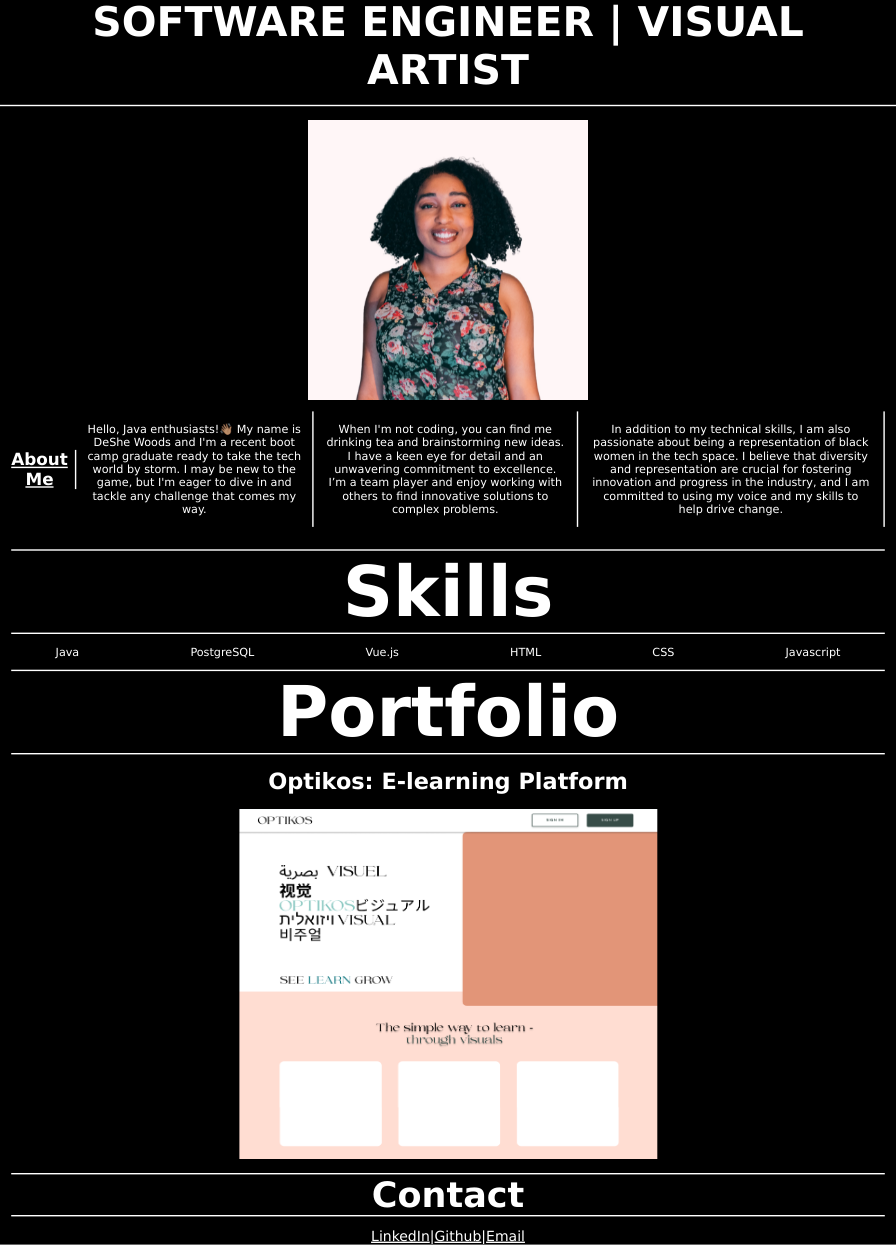
Repository: woodsdeshe/portfolio
Page: index.html
The author's editor kept a copy of each file at every save. The page is drawn from the files as they stood at one save, then again after the next save.
The browser window is 1280 px wide. The pictures show the part of the page from y = 664 to 2518 px (the page is 2442 px tall before and 2518 px after), at 70% of full size.
A picture or video elsewhere on the page could not be fetched, so the positions and the page height are approximate. Some web fonts or font styles are not loaded; a fallback is used.

Above is the page before, as saved 2023-06-11 12:32:59.

### index.html
<!DOCTYPE html>
<html lang="en">
<head>
    <meta charset="UTF-8">
    <meta http-equiv="X-UA-Compatible" content="IE=edge">
    <meta name="viewport" content="width=device-width, initial-scale=1.0">
    <title>DeShe Woods | Software Engineer</title>
    <link rel="stylesheet" href="style.css">
    <link rel="stylesheet" href="https://cdnjs.cloudflare.com/ajax/libs/aos/2.3.4/aos.css" />
</head>
<body>
    <div class="container">
        <video autoplay muted loop>
            <source src="pexels-crazy-motions-11738195-1920x1080-24fps.mp4" type="video/mp4">
        </video>
        <div class="header">
            <h1>DESHE WOODS</h1>
        </div>
    </div>
    <div class="subheader">
        <h3>SOFTWARE ENGINEER | VISUAL ARTIST</h3>
    </div>
    <div class="headshot" data-aos="fade-up">
        <img src="Headshot.jpg" alt="Picture of DeShe Woods">
    </div>
    <div class="about-me" data-aos="fade-up">
        <h2>About Me</h2>
        <p>Hello, Java enthusiasts!👋🏽 My name is DeShe Woods and I'm a recent boot camp graduate ready to take the tech world by storm. I may be new to the game, but I'm eager to dive in and tackle any challenge that comes my way.</p>
        <p>When I'm not coding, you can find me drinking tea and brainstorming new ideas. I have a keen eye for detail and an unwavering commitment to excellence. I’m a team player and enjoy working with others to find innovative solutions to complex problems.</p>
        <p>In addition to my technical skills, I am also passionate about being a representation of black women in the tech space. I believe that diversity and representation are crucial for fostering innovation and progress in the industry, and I am committed to using my voice and my skills to help drive change.</p>
    </div>

    <div class="skills-header">
        <h1>Skills</h1>
    </div>
    <div class="skills-content" data-aos="fade-up">
        <p class="java">Java</p>
        <p class="postgresql">PostgreSQL</p>
        <p class="Vue-js">Vue.js</p>
        <p class="html">HTML</p>
        <p class="css">CSS</p>
        <p class="javascript">Javascript</p>
    </div>
    <div class="portfolio-header">
        <h1>Portfolio</h1>
    </div>
    <div class="optikos" data-aos="fade-up">
        <h1>Optikos: E-learning Platform</h1>
        <img src="Screenshot (6).png" alt="Screenshot of Optikos home page">
    </div>
    <div class="contact">
        <h2>Contact</h2>
    </div>
   <footer>
    <a href="#">LinkedIn</a> |
    <a href="#">Github</a> |
    <a href="#">Email</a>
   </footer>

   <script src="https://cdnjs.cloudflare.com/ajax/libs/jquery/3.6.0/jquery.min.js"></script>
   <script src="https://cdnjs.cloudflare.com/ajax/libs/aos/2.3.4/aos.js"></script>
   <script>
     AOS.init();
   </script>
</body>
</html>

### style.css
@import url('https://fonts.googleapis.com/css2?family=Climate+Crisis&display=swap');

* {
    margin: 0;
    padding: 0;
    box-sizing: border-box;
}

body:not(.container) {
    background-color: #000;
    font-family: Verdana, Geneva, Tahoma, sans-serif;
    color: white;
}

.container {
    width: 100%;
    height: 100%;
    position: relative;
}

.container video {
    height: 100%;
    width: 100%;
}

.header h1{
    font-family:'Climate Crisis', cursive, Verdana;
    font-size: 200px;
    font-weight: 900;
    text-align: center;
    color: white;
    position: absolute;
    top: 0;
    left:0;
    background: #000;
    height: 100%;
    width: 100%;
    display:flex;
    align-items: center;
    justify-content: center;
    flex-wrap: wrap;
    mix-blend-mode: multiply;
}

.subheader {
    border-top: 2px solid white;
    border-bottom: 2px solid white;
    padding: 1rem;
    text-align: center;
    font-size: 50px;
}

.headshot img {
    height:400px;
    width: 400px;
    align-content: center;
    display:block;
    margin-left: auto;
    margin-right: auto;
    margin-top: 20px;
}

.about-me {
    padding: 1rem;
    text-align: center;
    display: flex;
    align-items: center;
}

.about-me h2 {
    text-decoration: underline;
    border-right: 2px solid white;
    padding-right: 10px;
}

.about-me p {
    border-right: 2px solid white;
    padding: 1rem;
}

.portfolio-header, .skills-header, .contact h2 {
    font-size: 50px;
    text-align: center;
    border-top: 2px solid white;
    border-bottom: 2px solid white;
    margin: 1rem
}

.skills-content {
    display: flex;
    flex-direction: row;
    justify-content: space-around;
}

.portfolio {
    display: flex;
    flex-direction: column;
}

.optikos img {
   width: 597px;
   height: 500px;
   display: block;
   margin-left: auto;
    margin-right: auto;
    margin-bottom: 20px;
}


.optikos h1 {
    text-align: center;
    margin: 20px;
}

.optikos p {
    grid-area: "optikos-content";
}

.contact h2{
    font-size: 50px
}

footer {
    display: flex;
    justify-content: center;
    font-size: 20px;
}

footer a {

        box-shadow: inset 0 0 0 0 #54b3d6;
        color: white;
        margin: 0 -.25rem;
        padding: 0 .25rem;
        transition: color .3s ease-in-out, box-shadow .3s ease-in-out;
}
    footer a:hover {
        box-shadow: inset 100px 0 0 0 #54b3d6;
        color: white;
      }

After the next save:
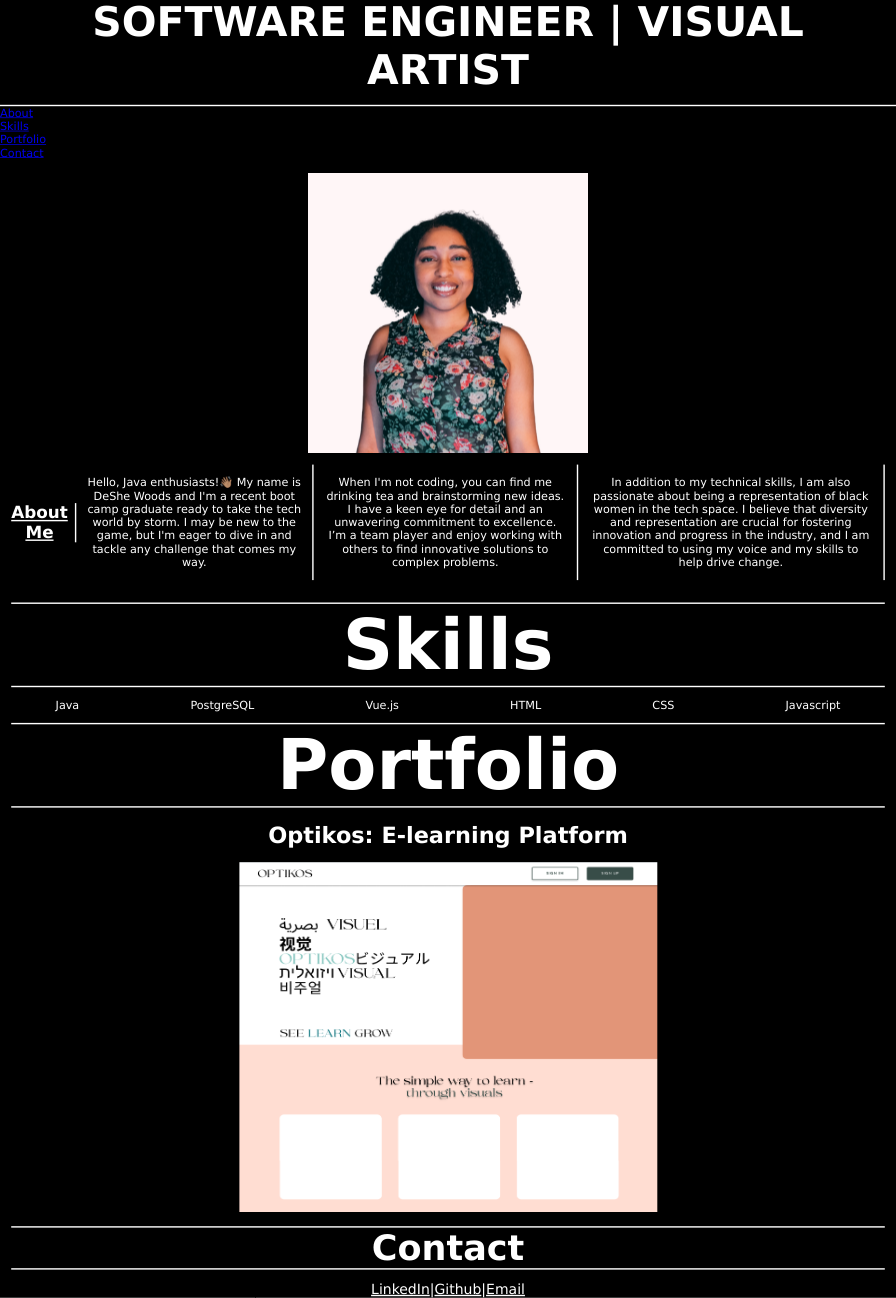
Saved 4 min 15 s later.
--- a/index.html
+++ b/index.html
@@ -20,18 +20,26 @@
     <div class="subheader">
         <h3>SOFTWARE ENGINEER | VISUAL ARTIST</h3>
     </div>
+    <nav class="navbar">
+        <ul>
+            <li><a href="#about">About</a></li>
+            <li><a href="#skills">Skills</a></li>
+            <li><a href="#portfolio">Portfolio</a></li>
+            <li><a href="#contact">Contact</a></li>
+        </ul>
+    </nav>
     <div class="headshot" data-aos="fade-up">
         <img src="Headshot.jpg" alt="Picture of DeShe Woods">
     </div>
     <div class="about-me" data-aos="fade-up">
-        <h2>About Me</h2>
+        <h2 id="about">About Me</h2>
         <p>Hello, Java enthusiasts!👋🏽 My name is DeShe Woods and I'm a recent boot camp graduate ready to take the tech world by storm. I may be new to the game, but I'm eager to dive in and tackle any challenge that comes my way.</p>
         <p>When I'm not coding, you can find me drinking tea and brainstorming new ideas. I have a keen eye for detail and an unwavering commitment to excellence. I’m a team player and enjoy working with others to find innovative solutions to complex problems.</p>
         <p>In addition to my technical skills, I am also passionate about being a representation of black women in the tech space. I believe that diversity and representation are crucial for fostering innovation and progress in the industry, and I am committed to using my voice and my skills to help drive change.</p>
     </div>
 
     <div class="skills-header">
-        <h1>Skills</h1>
+        <h1 id="skills">Skills</h1>
     </div>
     <div class="skills-content" data-aos="fade-up">
         <p class="java">Java</p>
@@ -42,13 +50,13 @@
         <p class="javascript">Javascript</p>
     </div>
     <div class="portfolio-header">
-        <h1>Portfolio</h1>
+        <h1 id="portfolio">Portfolio</h1>
     </div>
     <div class="optikos" data-aos="fade-up">
         <h1>Optikos: E-learning Platform</h1>
         <img src="Screenshot (6).png" alt="Screenshot of Optikos home page">
     </div>
-    <div class="contact">
+    <div class="contact" id="contact">
         <h2>Contact</h2>
     </div>
    <footer>
